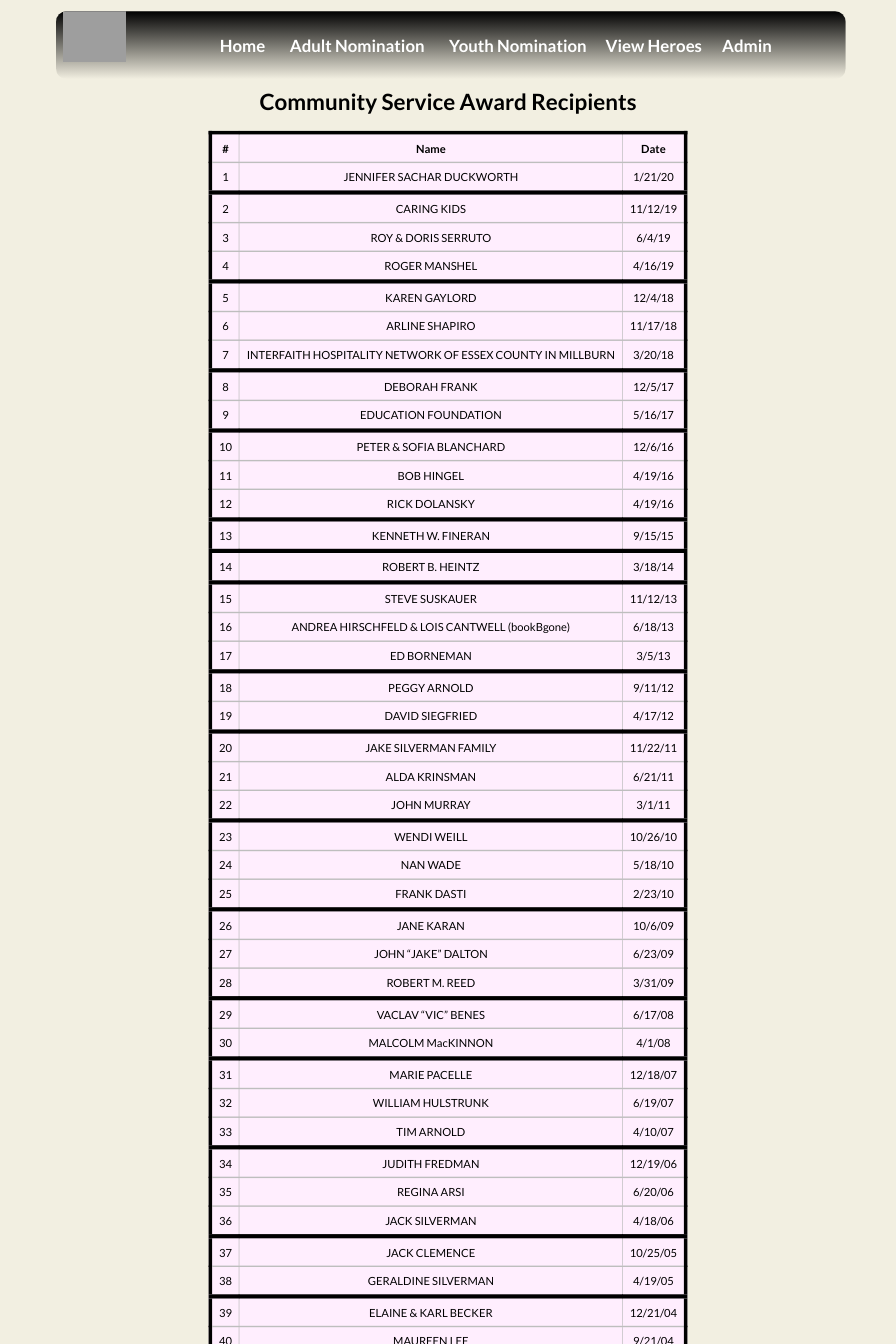
Repository: Centrattic/CSAC
Page: http://localhost/Frontend/before2020.php
These files come from the project's save history. The page is drawn as it stood at one moment and after a run of saves; the edit follows.
The browser window is 1280 px wide. The pictures show the part of the page from y = 0 to 1920 px (the page is 3839 px tall), at 70% of full size.
Pictures or frames that could not be fetched are drawn as grey boxes. The page is run by PHP 8.4 with error messages shown; the project is at /var/www/html/.

Above is the page before, as saved 2020-12-23 11:06:02.

After the next 2 saves:
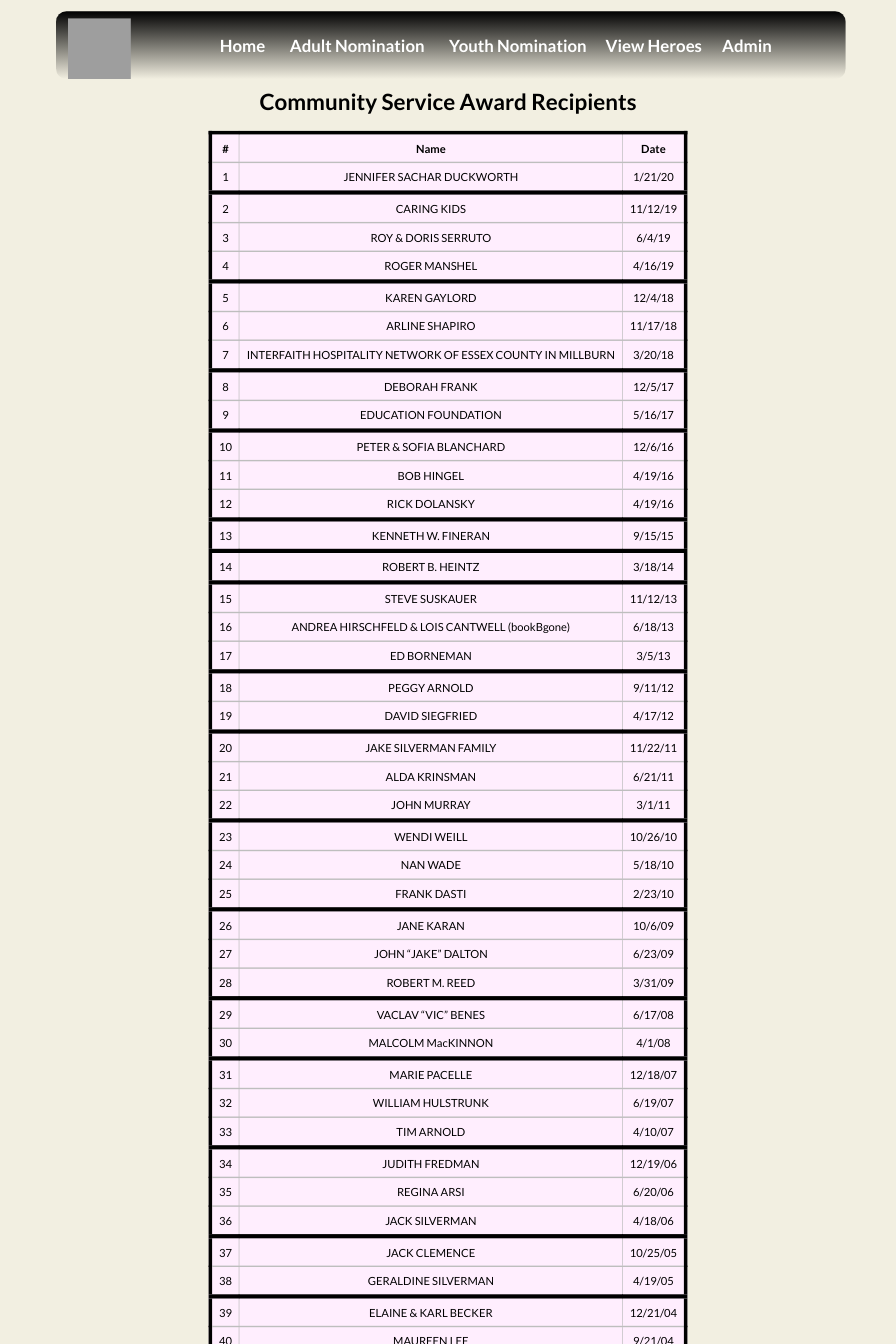
The 2 saves are shown as one change because they came seconds apart.
The last was saved 9 s later.
--- a/CSS/navbar.css
+++ b/CSS/navbar.css
@@ -12,8 +12,8 @@ body {
 
 #logo {
     display: inline-flex;
-    align-items: end;
-    justify-content: top;
+    align-items: start;
+    justify-content: center;
     width: 10%;
     float: left;
     height: 10%;
